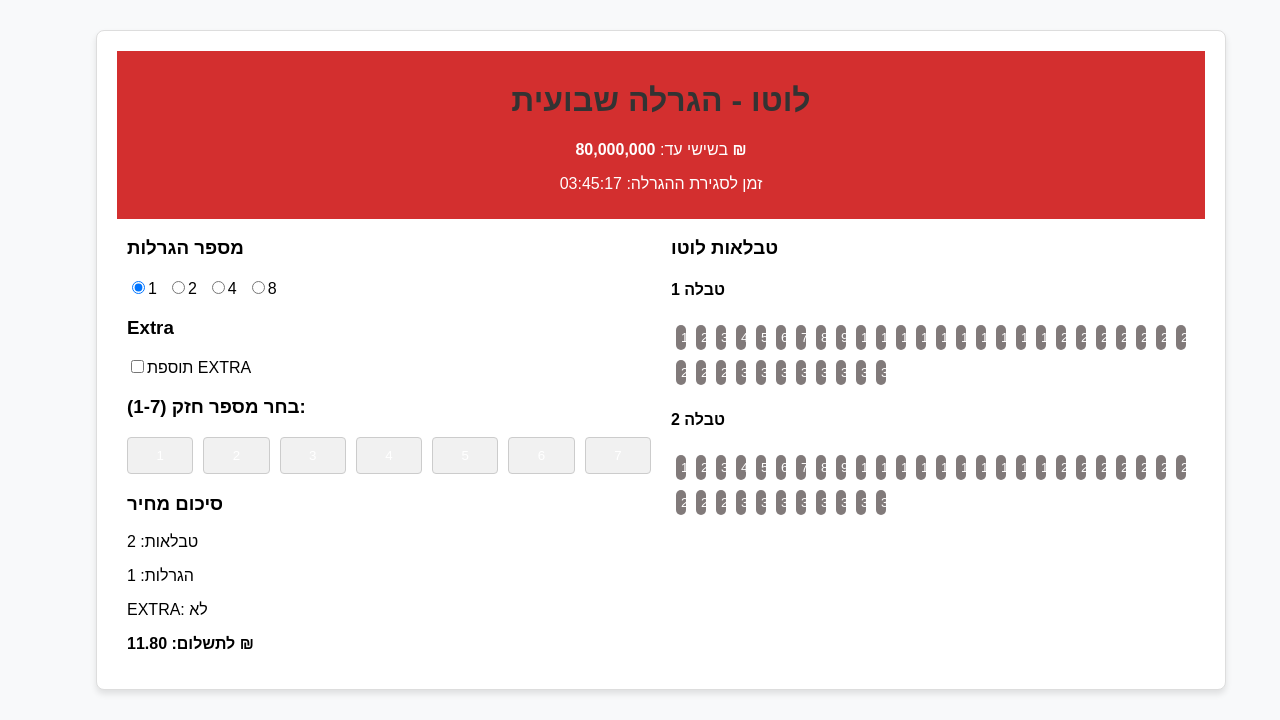
Repository: Giltih/LottoForm1
Page: /
An editor plug-in stored every save of this project. The page is shown before and after a run of saves, followed by the edit.
The browser window is 1280 px wide. The pictures show the whole page.
The project was rebuilt for these pictures with package versions that can differ from the ones it lists, and the page was loaded fresh each time. Also part of the build but not shown: vite.config.ts.

Above is the page before, as saved 2025-01-23 11:16:18.

### src/index.css

body {
  font-family: Arial, sans-serif;
  background-color: #f4f4f9;
  margin: 0;
  padding: 0;
}

h1, h2 {
  color: #333;
}

button {
  background-color: #4CAF50;
  color: white;
  border: none;
  border-radius: 5px;
  padding: 10px;
  cursor: pointer;
}

button:hover {
  background-color: #45a049;
}

### src/App.tsx
import React, { useState } from 'react';
import Header from './components/Header';
import LotteryAmountSelector from './components/LotteryAmountSelector';
import ExtraOption from './components/ExtraOption';
import StrongNumberSelector from './components/StrongNumberSelector';
import LottoTables from './components/LottoTables';
import PriceSummary from './components/PriceSummary';
import './App.css';

const App: React.FC = () => {
  const tableCount = 2;
  // const [tableCount, setTableCount] = useState(2);
  const [draws, setDraws] = useState(1);
  const [isExtraSelected, setIsExtraSelected] = useState(false);
  const [strongNumber, setStrongNumber] = useState<number>(0);
  const [selectedNumbers, setSelectedNumbers] = useState<number[][]>(
    Array(14).fill([])
  );

  const handleNumberSelect = (tableIndex: number, number: number) => {
    const newSelectedNumbers = [...selectedNumbers];
    const tableNumbers = newSelectedNumbers[tableIndex] || [];

    if (tableNumbers.includes(number)) {
      newSelectedNumbers[tableIndex] = tableNumbers.filter((num) => num !== number);
    } else if (tableNumbers.length < 6) {
      newSelectedNumbers[tableIndex] = [...tableNumbers, number];
    }

    setSelectedNumbers(newSelectedNumbers);
  };

  return (
    <div className="app-container">
      <Header />
      <div className="main-content">
        <div className="left-section">
          <LotteryAmountSelector selectedDraws={draws} onChange={setDraws} />
          <ExtraOption isSelected={isExtraSelected} onChange={setIsExtraSelected} />
          <StrongNumberSelector selectedStrongNumber={strongNumber} onStrongNumberSelect={setStrongNumber} />
          <PriceSummary tables={tableCount} draws={draws} isExtraSelected={isExtraSelected} />
        </div>
        <div className="right-section">
          <LottoTables
            tableCount={tableCount}
            selectedNumbers={selectedNumbers}
            onNumberSelect={handleNumberSelect}
          />
        </div>
      </div>
    </div>
  );
};

export default App;

### src/components/Header.tsx
import React from 'react';

const Header: React.FC = () => {
  return (
    <header style={{ backgroundColor: '#d32f2f', color: '#fff', padding: '10px', textAlign: 'center' }}>
      <h1>לוטו - הגרלה שבועית</h1>
      <p>בשישי עד: <span style={{ fontWeight: 'bold' }}>80,000,000 ₪</span></p>
      <p>זמן לסגירת ההגרלה: 03:45:17</p>
    </header>
  );
};

export default Header;

### src/components/LotteryAmountSelector.tsx
import React from 'react';

interface Props {
  selectedDraws: number;
  onChange: (count: number) => void;
}

const LotteryAmountSelector: React.FC<Props> = ({ selectedDraws, onChange }) => {
  const options = [1, 2, 4, 8];

  return (
    <div>
      <h3>מספר הגרלות</h3>
      {options.map((count) => (
        <label key={count} style={{ marginRight: '10px' }}>
          <input
            type="radio"
            value={count}
            checked={selectedDraws === count}
            onChange={() => onChange(count)}
          />
          {count}
        </label>
      ))}
    </div>
  );
};

export default LotteryAmountSelector;

### src/components/ExtraOption.tsx
import React from 'react';

interface Props {
  isSelected: boolean;
  onChange: (selected: boolean) => void;
}

const ExtraOption: React.FC<Props> = ({ isSelected, onChange }) => {
  return (
    <div>
      <h3>Extra</h3>
      <label>
        <input type="checkbox" checked={isSelected} onChange={(e) => onChange(e.target.checked)} />
        תוספת EXTRA
      </label>
    </div>
  );
};

export default ExtraOption;

### src/components/StrongNumberSelector.tsx
import React from 'react';

interface StrongNumberSelectorProps {
  onStrongNumberSelect: (number: number) => void;
  selectedStrongNumber: number ;
}

const StrongNumberSelector: React.FC<StrongNumberSelectorProps> = ({ onStrongNumberSelect, selectedStrongNumber }) => {
  return (
    <div>
      <h3>בחר מספר חזק (1-7):</h3>
      <div style={{ display: 'grid', gridTemplateColumns: 'repeat(7, 1fr)', gap: '10px' }}>
        {Array.from({ length: 7 }, (_, i) => i + 1).map((num) => (
          <button
            key={num}
            style={{
              padding: '10px',
              backgroundColor: selectedStrongNumber === num ? '#ff9800' : '#f1f1f1',
              border: '1px solid #ccc',
              borderRadius: '4px',
            }}
            onClick={() => onStrongNumberSelect(num)}
          >
            {num}
          </button>
        ))}
      </div>
    </div>
  );
};

export default StrongNumberSelector;

### src/components/LottoTables.tsx
import React from 'react';

interface Props {
  tableCount: number;
  selectedNumbers: number[][];
  onNumberSelect: (tableIndex: number, number: number) => void;
}

const LottoTables: React.FC<Props> = ({ tableCount, selectedNumbers, onNumberSelect }) => {
  const numbers = Array.from({ length: 37 }, (_, i) => i + 1); // מספרים 1-37

  return (
    <div>
      <h3>טבלאות לוטו</h3>
      {Array.from({ length: tableCount }, (_, tableIndex) => (
        <div key={tableIndex} style={{ marginBottom: '20px' }}>
          <h4>טבלה {tableIndex + 1}</h4>
          <div className='numbersGrid'>
            {numbers.map((number) => (
              <button
                key={number}
                className = {selectedNumbers[tableIndex]?.includes(number)
                ? 'selected'
                : ''}
                onClick={() => onNumberSelect(tableIndex, number)}
              >
                {number}
              </button>
            ))}
          </div>
        </div>
      ))}
    </div>
  );
};

export default LottoTables;

### src/components/PriceSummary.tsx
import React from 'react';

interface Props {
  tables: number;
  draws: number;
  isExtraSelected: boolean;
}

const PriceSummary: React.FC<Props> = ({ tables, draws, isExtraSelected }) => {
  const pricePerTable = 5.9;
  const extraPrice = isExtraSelected ? 2.0 : 0.0;
  const totalPrice = (tables * pricePerTable + extraPrice) * draws;

  return (
    <div>
      <h3>סיכום מחיר</h3>
      <p>טבלאות: {tables}</p>
      <p>הגרלות: {draws}</p>
      <p>EXTRA: {isExtraSelected ? 'כן' : 'לא'}</p>
      <p style={{ fontWeight: 'bold' }}>לתשלום: {totalPrice.toFixed(2)} ₪</p>
    </div>
  );
};

export default PriceSummary;

### src/App.css
body {
  font-family: Arial, sans-serif;
  background-color: #f8f9fa;
  margin: 0;
  padding: 0;
  display: flex;
  justify-content: center;
  align-items: center;
  height: 100vh;
}

.app-container {
  max-width: 1200px;
  width: 100%;
  background-color: #ffffff;
  border: 1px solid #ddd;
  border-radius: 8px;
  padding: 20px;
  box-shadow: 0 4px 6px rgba(0, 0, 0, 0.1);
}

.main-content {
  display: flex;
  justify-content: space-between;
}

.left-section,
.right-section {
  flex: 1;
  margin: 0 10px;
}

button {
  border: none;
  cursor: pointer;
  transition: background-color 0.3s;
}

button:hover {
  background-color: #b3e5fc;
}

.numbersGrid {
  display: 'grid';
  grid-template-columns: 'repeat(9, 1fr)';
  gap: '5px' ;
}

.numbersGrid button {
  padding: 5px;
  margin: 5px;
  background-color: #817a7a;
width: 5px;}

.numbersGrid button.selected {
  background-color: #487184;
}

Loaded but not shown: index.html (common file); src/main.tsx (common file)

After the next 2 saves:
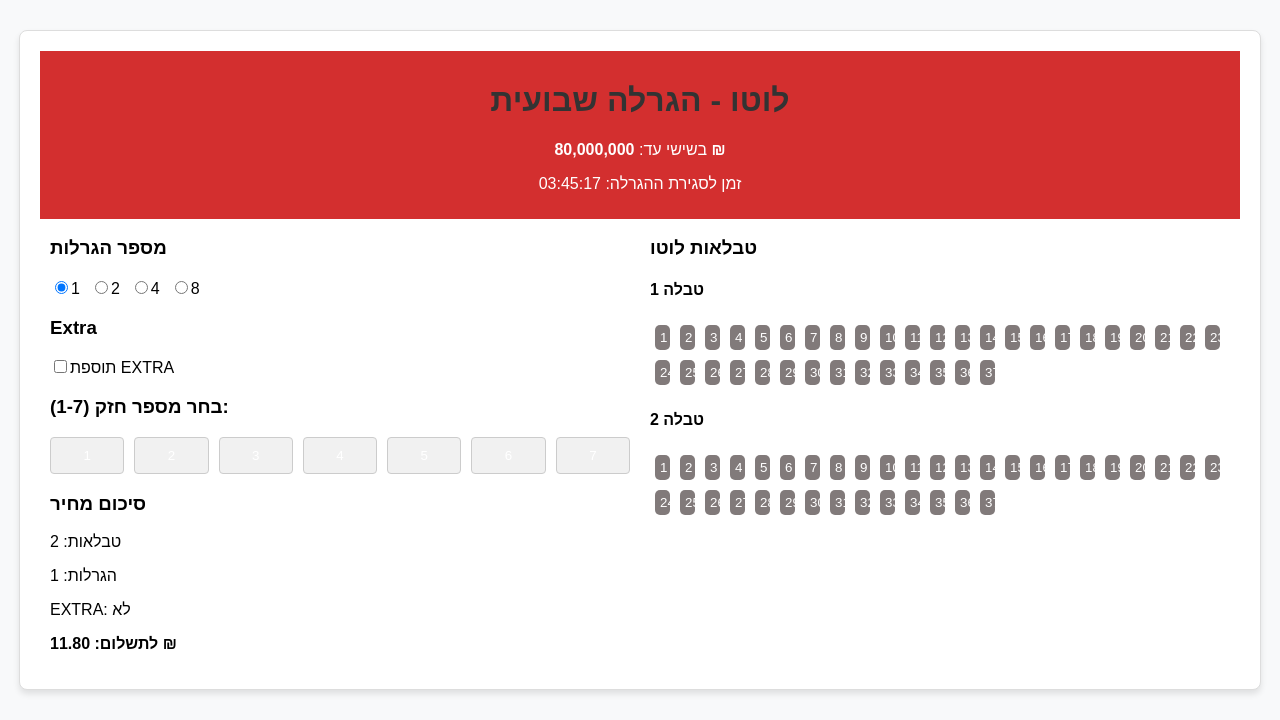
The 2 saves are shown as one change because they came seconds apart.
The last was saved 18 s later.
--- a/src/App.css
+++ b/src/App.css
@@ -50,7 +50,7 @@ button:hover {
   padding: 5px;
   margin: 5px;
   background-color: #817a7a;
-width: 5px;}
+width: 15px;}
 
 .numbersGrid button.selected {
   background-color: #487184;
